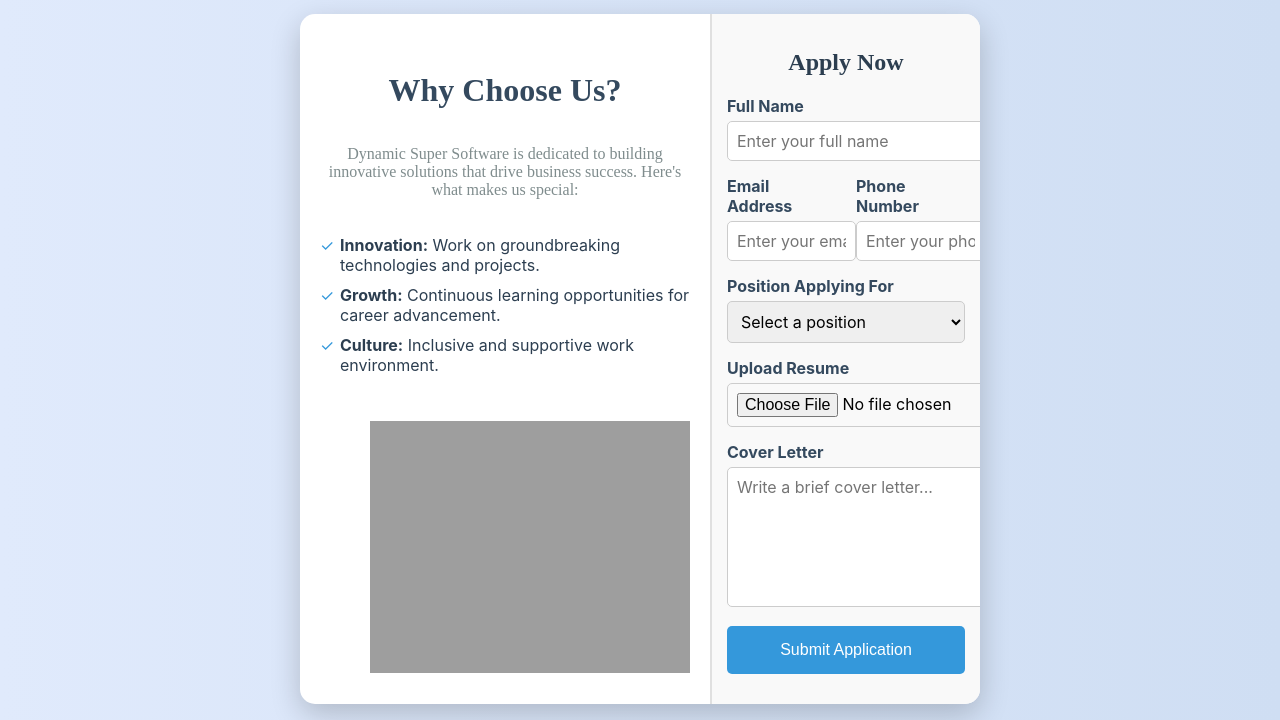
Repository: abhibkop27/CIMDR
Page: src/interview_form.html
An editor plug-in stored every save of this project. The page is shown before and after the next save, followed by the edit.
The browser window is 1280 px wide. The pictures show the whole page.
Pictures or frames that could not be fetched are drawn as grey boxes.

Above is the page before, as saved 2025-01-20 15:46:25.

After the next save:
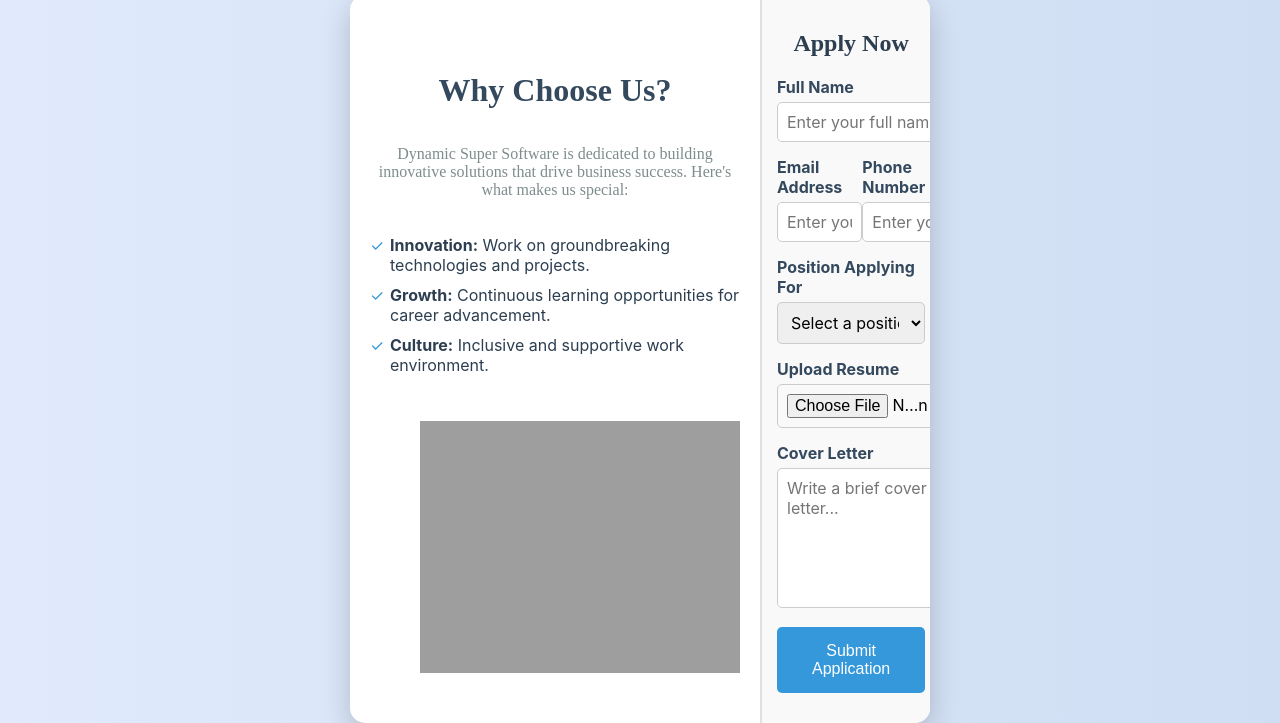
Saved 13 s later.
--- a/src/interview.css
+++ b/src/interview.css
@@ -31,7 +31,7 @@ body{
 
 .career-page {
     background: #ffffff;
-    width: calc(100vw - 600px);
+    width: calc(100vw - 700px);
     /* max-width: 1100px; */
     border-radius: 15px;
     overflow: hidden;
